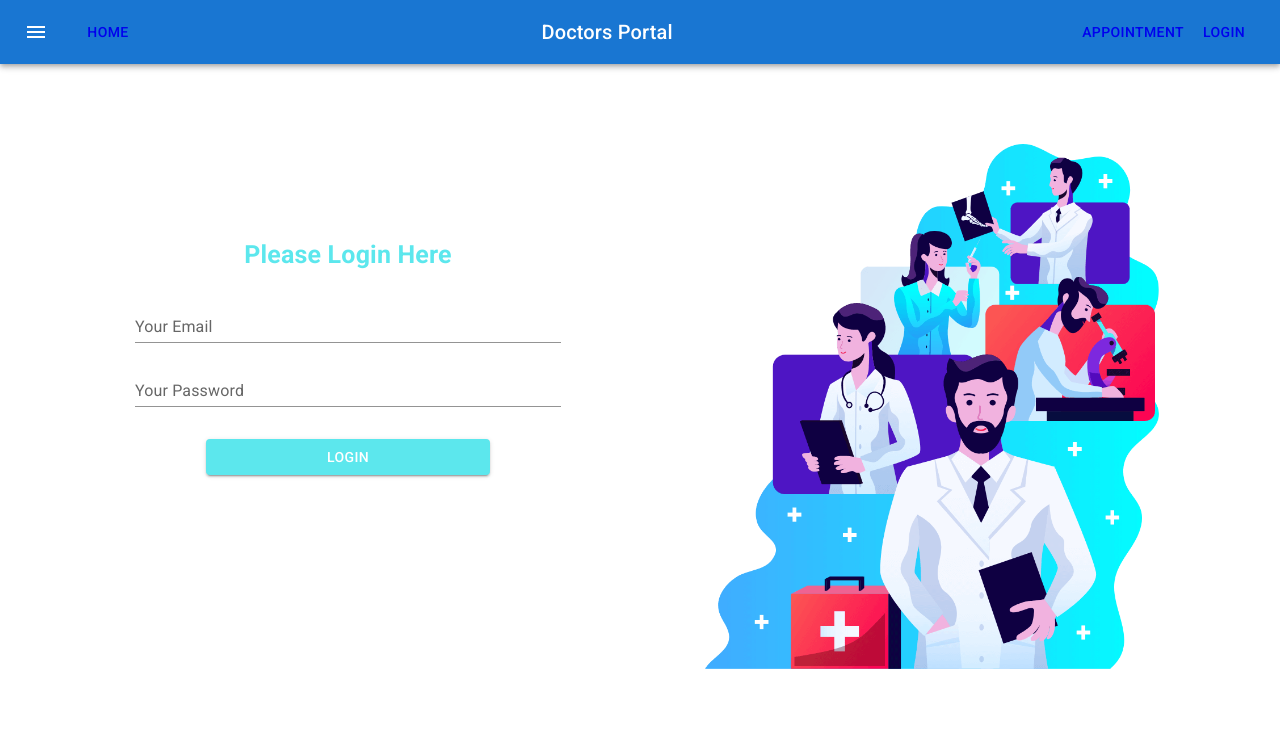
Repository: Sharif-00112/doctors-portal-client
Page: /login
The author's editor kept a copy of each file at every save. The page is drawn from the files as they stood at one save, then again after the next save.
The browser window is 1280 px wide. The pictures show the whole page.
The project was rebuilt for these pictures with package versions that can differ from the ones it lists, and the page was loaded fresh each time. Also part of the build but not shown: src/Pages/Shared/Footer/Footer.js, src/Pages/Home/AppointmentBanner/AppointmentBanner.js, src/Pages/Home/Banner/Banner.js, src/Pages/Home/Contact/Contact.js, src/Pages/Home/Service/Service.js, src/Pages/Home/Services/Services.js, src/Pages/Home/Story/Story.js, src/Pages/Home/Home/Home.js and 7 more.

Above is the page before, as saved 2022-11-06 22:14:10.

### public/index.html
<!DOCTYPE html>
<html lang="en">
  <head>
    <meta charset="utf-8" />
    <link rel="icon" href="%PUBLIC_URL%/favicon.ico" />
    <meta name="viewport" content="width=device-width, initial-scale=1" />
    <meta name="theme-color" content="#000000" />
    <meta
      name="description"
      content="Web site created using create-react-app"
    />
    <link
      rel="stylesheet" href="https://fonts.googleapis.com/css?family=Roboto:300,400,500,700&display=swap"
    />

    <link rel="apple-touch-icon" href="%PUBLIC_URL%/logo192.png" />
    <!--
      manifest.json provides metadata used when your web app is installed on a
      user's mobile device or desktop. See https://developers.google.com/web/fundamentals/web-app-manifest/
    -->
    <link rel="manifest" href="%PUBLIC_URL%/manifest.json" />
    <!--
      Notice the use of %PUBLIC_URL% in the tags above.
      It will be replaced with the URL of the `public` folder during the build.
      Only files inside the `public` folder can be referenced from the HTML.

      Unlike "/favicon.ico" or "favicon.ico", "%PUBLIC_URL%/favicon.ico" will
      work correctly both with client-side routing and a non-root public URL.
      Learn how to configure a non-root public URL by running `npm run build`.
    -->
    <title>React App</title>
  </head>
  <body>
    <noscript>You need to enable JavaScript to run this app.</noscript>
    <div id="root"></div>
    <!--
      This HTML file is a template.
      If you open it directly in the browser, you will see an empty page.

      You can add webfonts, meta tags, or analytics to this file.
      The build step will place the bundled scripts into the <body> tag.

      To begin the development, run `npm start` or `yarn start`.
      To create a production bundle, use `npm run build` or `yarn build`.
    -->
  </body>
</html>

### src/App.js
import './App.css';
import { BrowserRouter as Router, Route, Routes} from 'react-router-dom';
import Home from './Pages/Home/Home/Home';
import Appointment from './Pages/Appointment/Appointment/Appointment';
import Login from './Pages/Login/Login/Login';
import Register from './Pages/Login/Register/Register';

function App() {
  return (
    <div className="App">
      <Router>
        {/* <Header></Header> */}
        <Routes>
          <Route exact path = '/' element={<Home/>}/>
          <Route exact path = '/home' element={<Home/>}/>
          <Route exact path = '/login' element={<Login/>}/>
          <Route exact path = '/register' element={<Register/>}/>
          <Route exact path = '/appointment' element={<Appointment/>}/>
          <Route exact path = '*' element={<Home/>}/>
        </Routes>
        {/* <Footer></Footer> */}
      </Router>
    </div>
  );
}

export default App;

### src/Pages/Login/Login/Login.js
import React, { useState } from 'react';
import Box from '@mui/material/Box';
import Grid from '@mui/material/Unstable_Grid2';
import { Button, Container } from '@mui/material';
import Typography from '@mui/material/Typography';
import loginImg from '../../../images/images/login.png'
import TextField from '@mui/material/TextField';
import Navigation from '../../Shared/Navigation/Navigation';

const Login = () => {
    const [loginData, setLoginData] = useState({})

    const handleOnChange = e =>{
        const field = e.target.name;
        const value = e.target.value;
        // console.log(field, value);
        const newLoginData = { ...loginData };
        newLoginData[field] = value;
        setLoginData(newLoginData);
    }

    const handleLoginSubmit = e => {
        e.preventDefault();
        alert('Login Clicked!');
    }

    return (
        <div className="">
            <Navigation></Navigation>
            <Container sx={{ my:8 }}>
                <Box sx={{ flexGrow: 1 }}>
                    <Grid container spacing={2}>
                        <Grid sx={{ mt:10 }} xs={12} md={6}>
                            <Typography sx={{ my:2, fontSize: 25, fontWeight: 600 }} style={{color: '#5CE7ED'}} variant="h4" component="div">
                                Please Login Here
                            </Typography>
                            <form onSubmit={ handleLoginSubmit }>
                                <TextField
                                    sx={{ width:'75%', m:1 }}
                                    id="standard-basic"
                                    name='email'
                                    onChange={handleOnChange}
                                    label="Your Email"
                                    variant="standard" />
                                <br />
                                <TextField
                                    sx={{ width:'75%', m:1 }}
                                    id="standard-basic"
                                    name='password'
                                    onChange={handleOnChange}
                                    label="Your Password"
                                    type="password"
                                    variant="standard" />
                                <br />
                                <Button type='submit' sx={{ width:'50%',m:3 }} variant="contained" style={{backgroundColor: '#5CE7ED'}}>Login</Button>
                            </form>

                        </Grid>
                        <Grid xs={12} md={6}>
                            <img style={{ width:'80%' }} src={loginImg} alt="" />
                        </Grid>
                    </Grid>
                </Box>
            </Container>
        </div>
    );
};

export default Login;

### src/Pages/Shared/Navigation/Navigation.js
import React from 'react';
import AppBar from '@mui/material/AppBar';
import Box from '@mui/material/Box';
import Toolbar from '@mui/material/Toolbar';
import Typography from '@mui/material/Typography';
import Button from '@mui/material/Button';
import IconButton from '@mui/material/IconButton';
import MenuIcon from '@mui/icons-material/Menu';
import { Link, NavLink } from 'react-router-dom';

const Navigation = () => {
    return (
        <div>
            <Box sx={{ flexGrow: 1, pb:2 }}>
                <AppBar position="static">
                    <Toolbar>
                        <IconButton
                            size="large"
                            edge="start"
                            color="inherit"
                            aria-label="menu"
                            sx={{ mr: 2 }}
                        >
                            <MenuIcon />
                        </IconButton>
                        <Link to = '/home'>
                            <Button color="inherit">Home</Button>
                        </Link>
                        <Typography variant="h6" component="div" sx={{ flexGrow: 1 }}>
                            Doctors Portal
                        </Typography>
                        <Link to = '/appointment'>
                            <Button color="inherit">Appointment</Button>
                        </Link>
                        <NavLink to = '/login'>
                            <Button color="inherit">Login</Button>
                        </NavLink>
                        {/* <Button color="inherit">Login</Button> */}
                    </Toolbar>
                </AppBar>
            </Box>
        </div>
    );
};

export default Navigation;

Loaded but not shown: src/index.js (common file); src/index.css (common file); src/reportWebVitals.js (common file); src/App.css (common file)

After the next save:
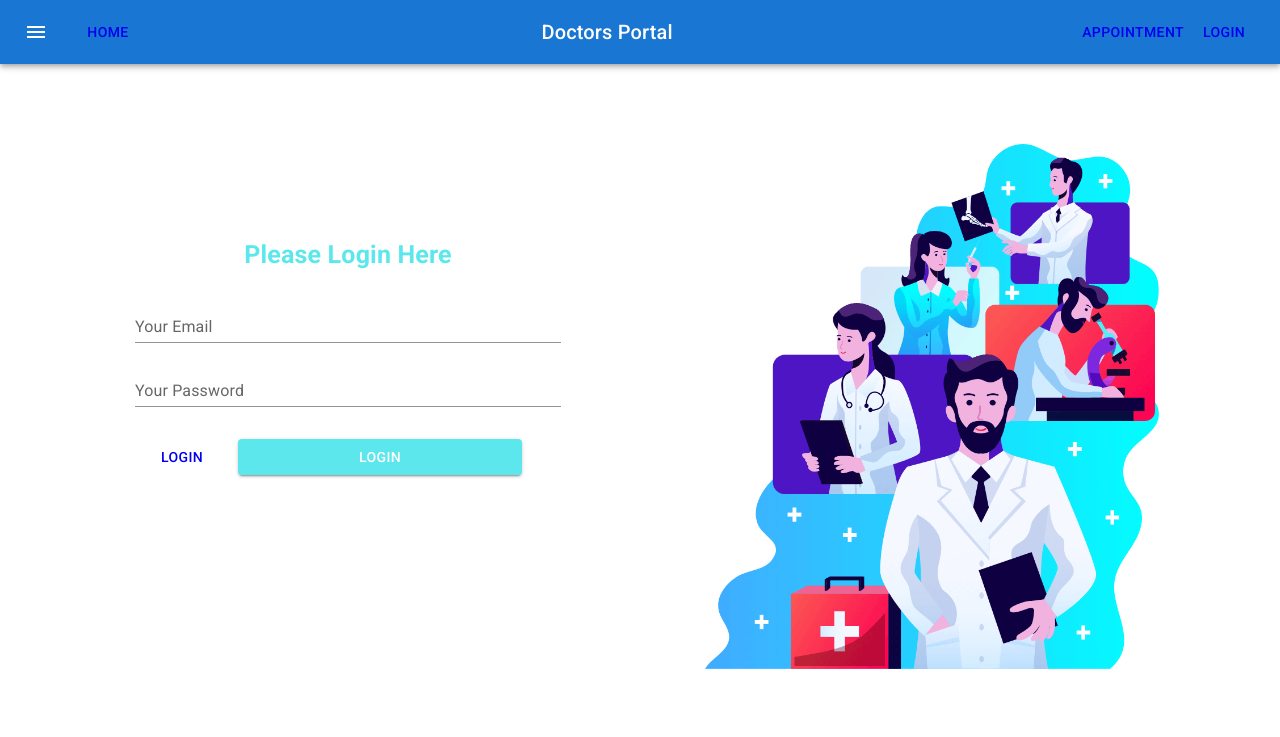
Saved 7 min 11 s later.
--- a/src/Pages/Login/Login/Login.js
+++ b/src/Pages/Login/Login/Login.js
@@ -6,6 +6,7 @@ import Typography from '@mui/material/Typography';
 import loginImg from '../../../images/images/login.png'
 import TextField from '@mui/material/TextField';
 import Navigation from '../../Shared/Navigation/Navigation';
+import { NavLink } from 'react-router-dom';
 
 const Login = () => {
     const [loginData, setLoginData] = useState({})
@@ -52,6 +53,9 @@ const Login = () => {
                                     type="password"
                                     variant="standard" />
                                 <br />
+                                <NavLink to = '/register'>
+                                    <Button color="inherit">Login</Button>
+                                </NavLink>
                                 <Button type='submit' sx={{ width:'50%',m:3 }} variant="contained" style={{backgroundColor: '#5CE7ED'}}>Login</Button>
                             </form>
 
